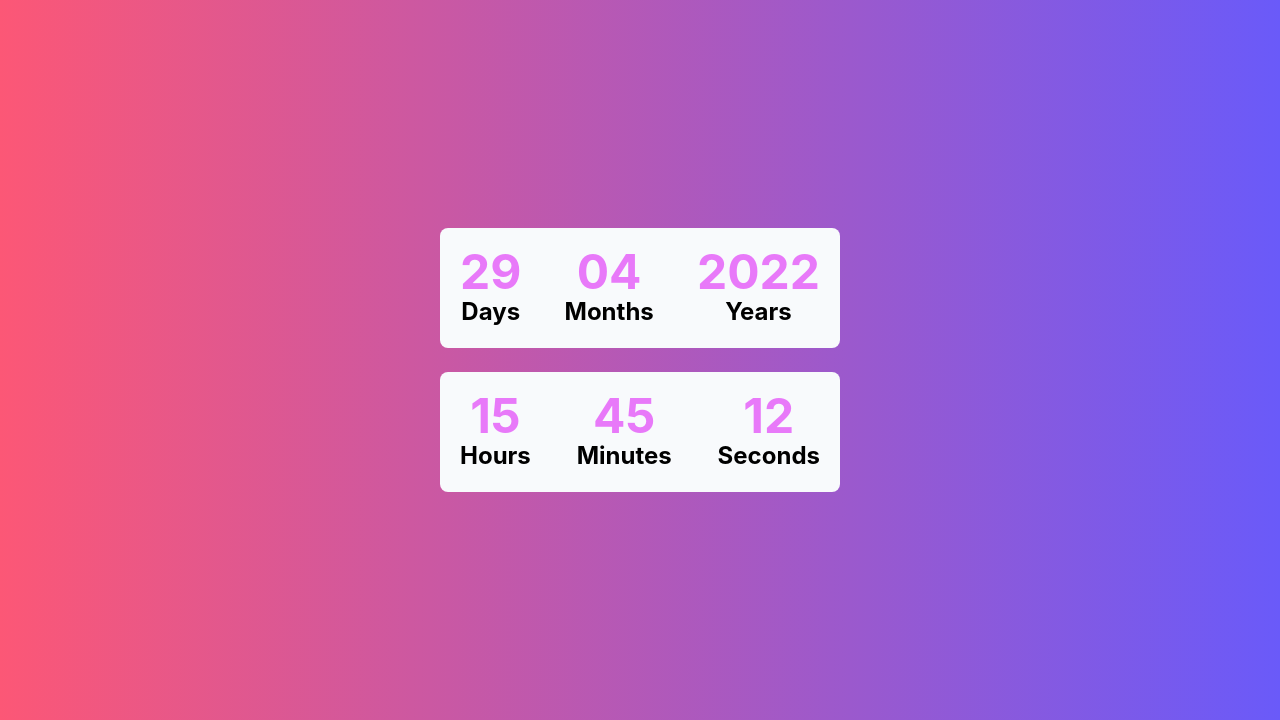
Repository: huynhsang96/bt_codegymHook
Page: /
An editor plug-in stored every save of this project. The page is shown before and after the next save, followed by the edit.
The browser window is 1280 px wide. The pictures show the whole page.
The project was rebuilt for these pictures with package versions that can differ from the ones it lists, and the page was loaded fresh each time.

Above is the page before, as saved 2022-04-29 16:55:54.

### src/index.js
import React from "react";
import ReactDOM from "react-dom/client";
import "./index.css";
import App from "./App";
import reportWebVitals from "./reportWebVitals";

const root = ReactDOM.createRoot(document.getElementById("root"));
root.render(
	<React.StrictMode>
		<App />
	</React.StrictMode>
);

reportWebVitals();

### src/index.css
body {
	margin: 0;
	font-family: -apple-system, BlinkMacSystemFont, "Segoe UI", "Roboto", "Oxygen",
		"Ubuntu", "Cantarell", "Fira Sans", "Droid Sans", "Helvetica Neue",
		sans-serif;
	-webkit-font-smoothing: antialiased;
	-moz-osx-font-smoothing: grayscale;
}

code {
	font-family: source-code-pro, Menlo, Monaco, Consolas, "Courier New",
		monospace;
}
@tailwind base;
@tailwind components;
@tailwind utilities;

### src/App.js
import "./App.css";
import Clock from "./component/ClockHook/Clock";

function App() {
	return (
		<div>
			<Clock></Clock>
		</div>
	);
}

export default App;

### src/App.css
*,
*::before,
*::after {
	box-sizing: border-box;
}
* {
	margin: 0;
}

html,
body {
	height: 100%;
}
body {
	line-height: 1.5;
	-webkit-font-smoothing: antialiased;
	-webkit-tap-highlight-color: rgba(0, 0, 0, 0);

	background-image: linear-gradient(to right, #fc5776, #6a5af9);
	display: flex;
	justify-content: center;
	align-items: center;
	height: 100vh;
}

img,
picture,
video,
canvas,
svg {
	display: block;
	max-width: 100%;
}
input,
button,
textarea,
select {
	font: inherit;
	outline: none;
	border: none;
}
p,
h1,
h2,
h3,
h4,
h5,
h6 {
	overflow-wrap: break-word;
}

### src/component/ClockHook/Clock.js
import React, { useEffect, useState } from "react";
import useClock from "../../Hooks/useClock";

const Clock = () => {
	// const [now, setNow] = useState(new Date());
	// useEffect(() => {
	// 	const timer = setInterval(() => {
	// 		setNow(new Date());
	// 	}, 1000);
	// 	return () => clearInterval(timer);
	// }, [now]);
	// const years = now.getFullYear();
	// const months = now.getMonth() + 1;
	// const days = now.getDate();
	// const hours = now.getHours();
	// const minutes = now.getMinutes();
	// const seconds = now.getSeconds();
	// console.log(seconds < 10 ? "0" + seconds : seconds);

	const { years, months, days, hours, minutes, seconds } = useClock();

	return (
		<div className="p-5 w-full h-full mx-auto">
			<ul className="flex w-[400px] flex-row justify-between bg-slate-50 p-5 rounded-lg">
				<li className="flex flex-col justify-center text-center">
					<span className="font-bold text-5xl text-fuchsia-400">{days}</span>
					<span className="font-bold text-2xl">Days</span>
				</li>
				<li className="flex flex-col justify-center text-center">
					<span className="font-bold text-5xl text-fuchsia-400">{months}</span>
					<span className="font-bold text-2xl">Months</span>
				</li>
				<li className="flex flex-col justify-center text-center">
					<span className="font-bold text-5xl text-fuchsia-400">{years}</span>
					<span className="font-bold text-2xl">Years</span>
				</li>
			</ul>
			<br></br>
			<ul className="flex flex-row justify-between bg-slate-50 p-5 rounded-lg">
				<li className="flex flex-col justify-center text-center">
					<span className="font-bold text-5xl text-fuchsia-400">{hours}</span>
					<span className="font-bold text-2xl">Hours</span>
				</li>
				<li className="flex flex-col justify-center text-center">
					<span className="font-bold text-5xl text-fuchsia-400">{minutes}</span>
					<span className="font-bold text-2xl">Minutes</span>
				</li>
				<li className="flex flex-col justify-center text-center">
					<span className="font-bold text-5xl text-fuchsia-400">{seconds}</span>
					<span className="font-bold text-2xl">Seconds</span>
				</li>
			</ul>
		</div>
	);
};

const getDatabase = () => {
	return (
		<li className="flex flex-col justify-center text-center">
			<span className="font-bold text-5xl text-fuchsia-400">{}</span>
			<span className="font-bold text-2xl"></span>
		</li>
	);
};

export default Clock;

### src/Hooks/useClock.js
import { useEffect, useState } from "react";

export default function useClock() {
	const [now, setNow] = useState(new Date());
	useEffect(() => {
		const timer = setInterval(() => {
			setNow(new Date());
		}, 1000);
		return () => clearInterval(timer);
	}, [now]);
	const years = now.getFullYear();
	const months = now.getMonth() + 1;
	const days = now.getDate();
	const hours = now.getHours();
	const minutes = now.getMinutes();
	const seconds = now.getSeconds();
	return {
		years,
		months: months < 10 ? "0" + months : months,
		days: days < 10 ? "0" + days : days,
		hours: hours < 10 ? "0" + hours : hours,
		minutes: minutes < 10 ? "0" + minutes : minutes,
		seconds: seconds < 10 ? "0" + seconds : seconds,
	};
}

Loaded but not shown: public/index.html (common file); src/reportWebVitals.js (common file); tailwind.config.js (common file)

After the next save:
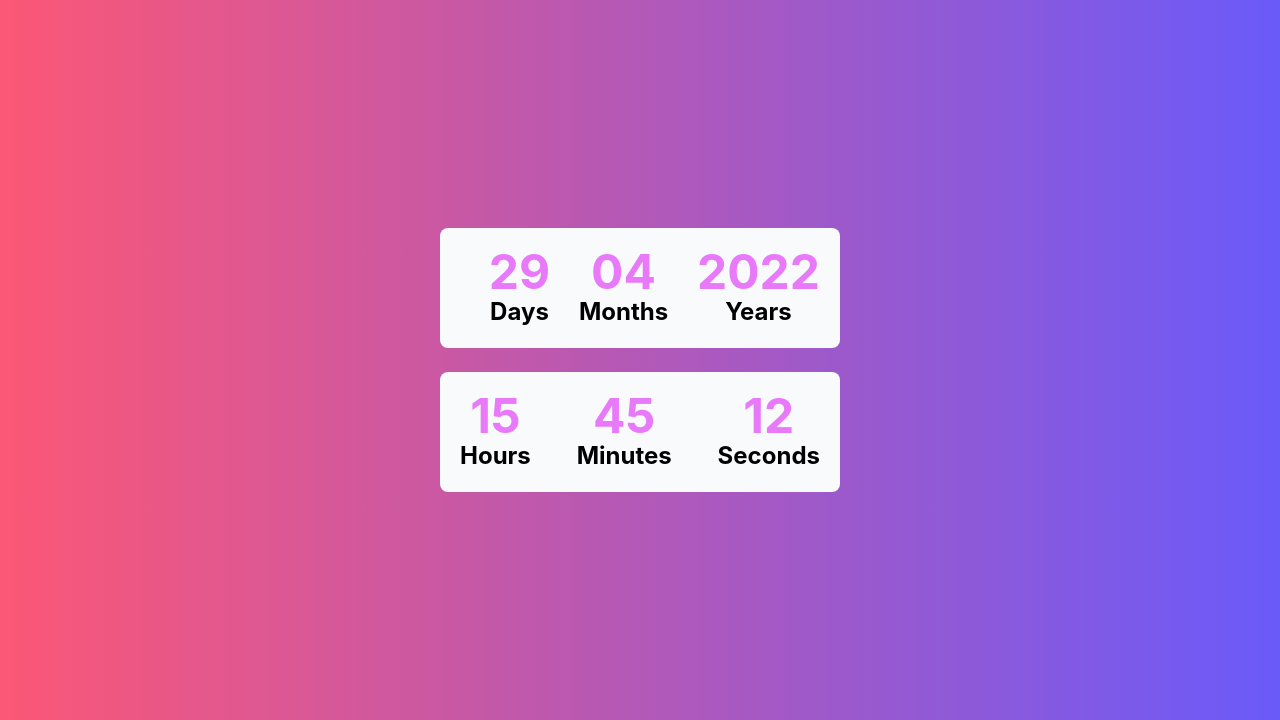
Saved 3 min 42 s later.
--- a/src/component/ClockHook/Clock.js
+++ b/src/component/ClockHook/Clock.js
@@ -22,6 +22,7 @@ const Clock = () => {
 	return (
 		<div className="p-5 w-full h-full mx-auto">
 			<ul className="flex w-[400px] flex-row justify-between bg-slate-50 p-5 rounded-lg">
+				<getDatabase data={years} base="Years"></getDatabase>
 				<li className="flex flex-col justify-center text-center">
 					<span className="font-bold text-5xl text-fuchsia-400">{days}</span>
 					<span className="font-bold text-2xl">Days</span>
@@ -54,11 +55,11 @@ const Clock = () => {
 	);
 };
 
-const getDatabase = () => {
+const getDatabase = (props) => {
 	return (
 		<li className="flex flex-col justify-center text-center">
-			<span className="font-bold text-5xl text-fuchsia-400">{}</span>
-			<span className="font-bold text-2xl"></span>
+			<span className="font-bold text-5xl text-fuchsia-400">{props.data}</span>
+			<span className="font-bold text-2xl">{props.base}</span>
 		</li>
 	);
 };
